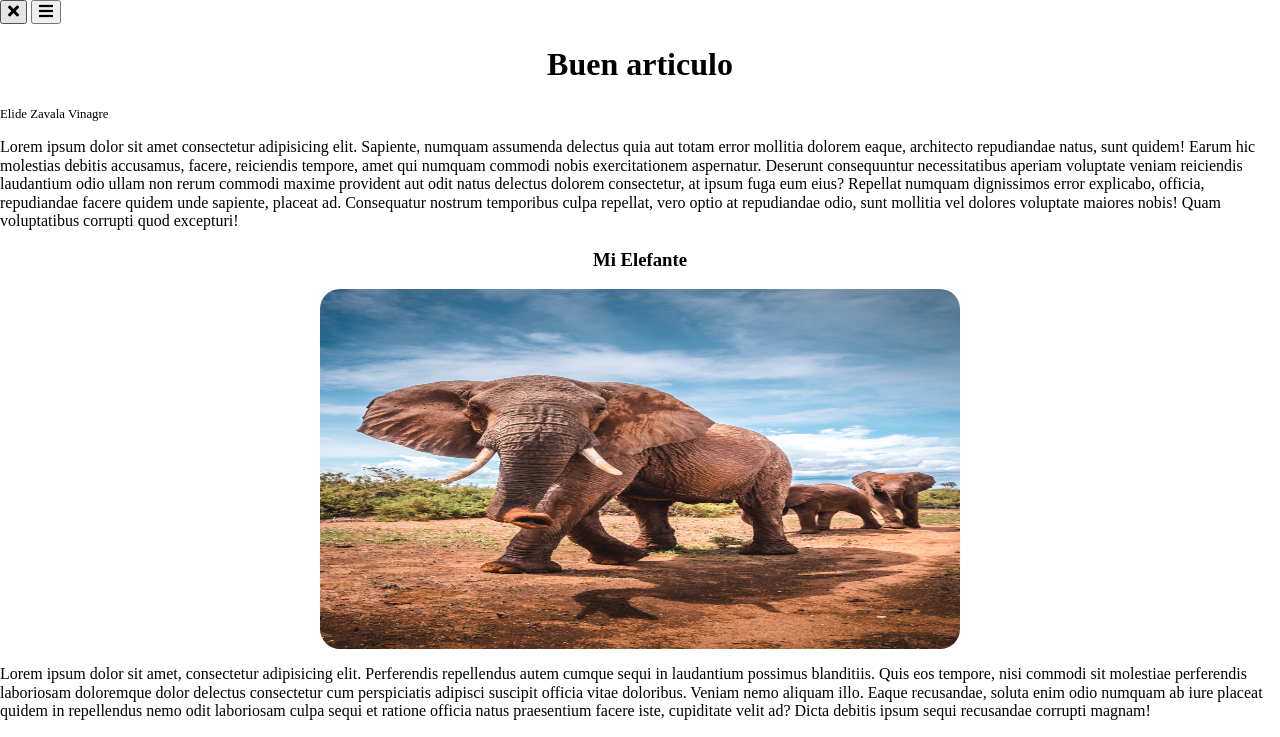
Repository: ElideZavala/Navagacion-en-rotacion
Page: index.html
The author's editor kept a copy of each file at every save. The page is drawn from the files as they stood at one save, then again after the next save.
The browser window is 1280 px wide. The pictures show the whole page.

Above is the page before, as saved 2021-05-29 08:05:39.

After the next save:
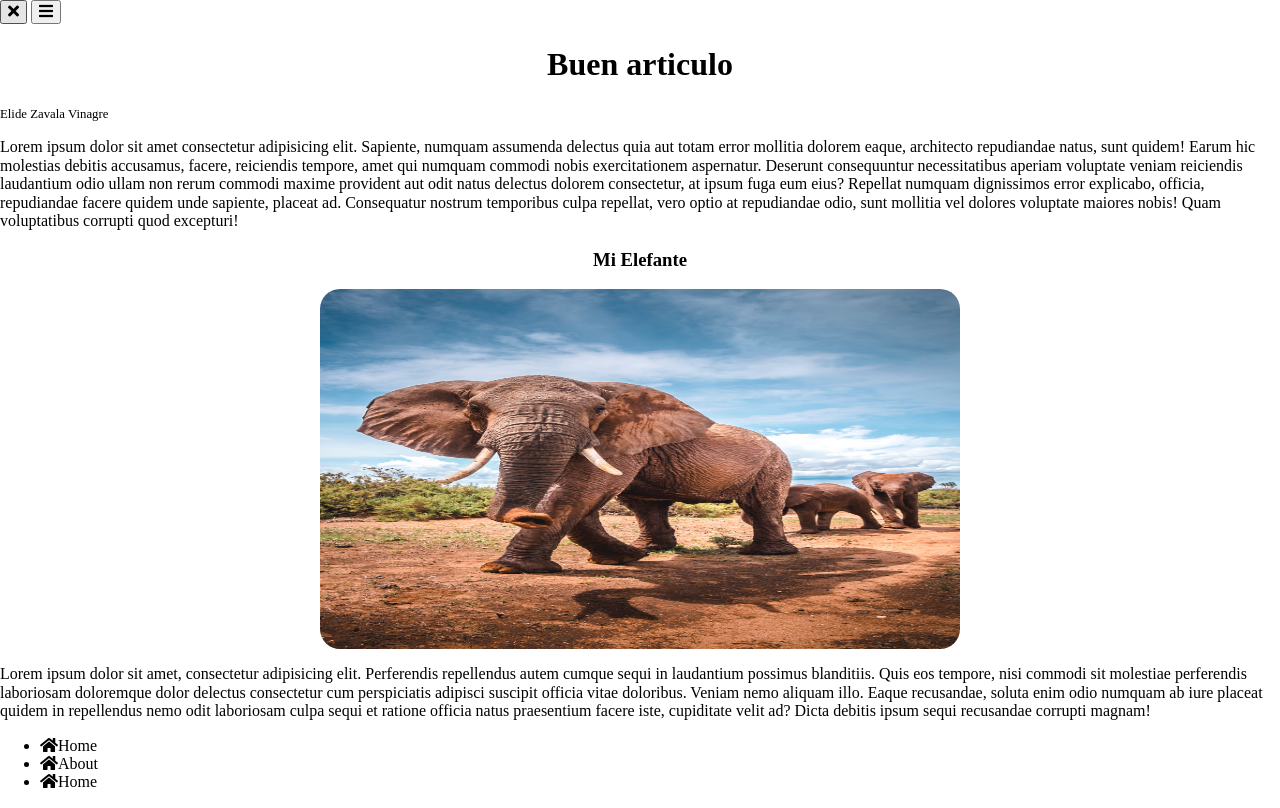
Saved 7 min 8 s later.
--- a/index.html
+++ b/index.html
@@ -33,6 +33,14 @@
 		</div>
 	</div>
 
+	<nav>
+		<ul>
+			<li><i class="fas fa-home"></i>Home</li>
+			<li><i class="fas fa-home"></i>About</li>
+			<li><i class="fas fa-home"></i>Home</li>
+		</ul>
+	</nav>
+
 
 
 	<script src="./script.js"></script>
